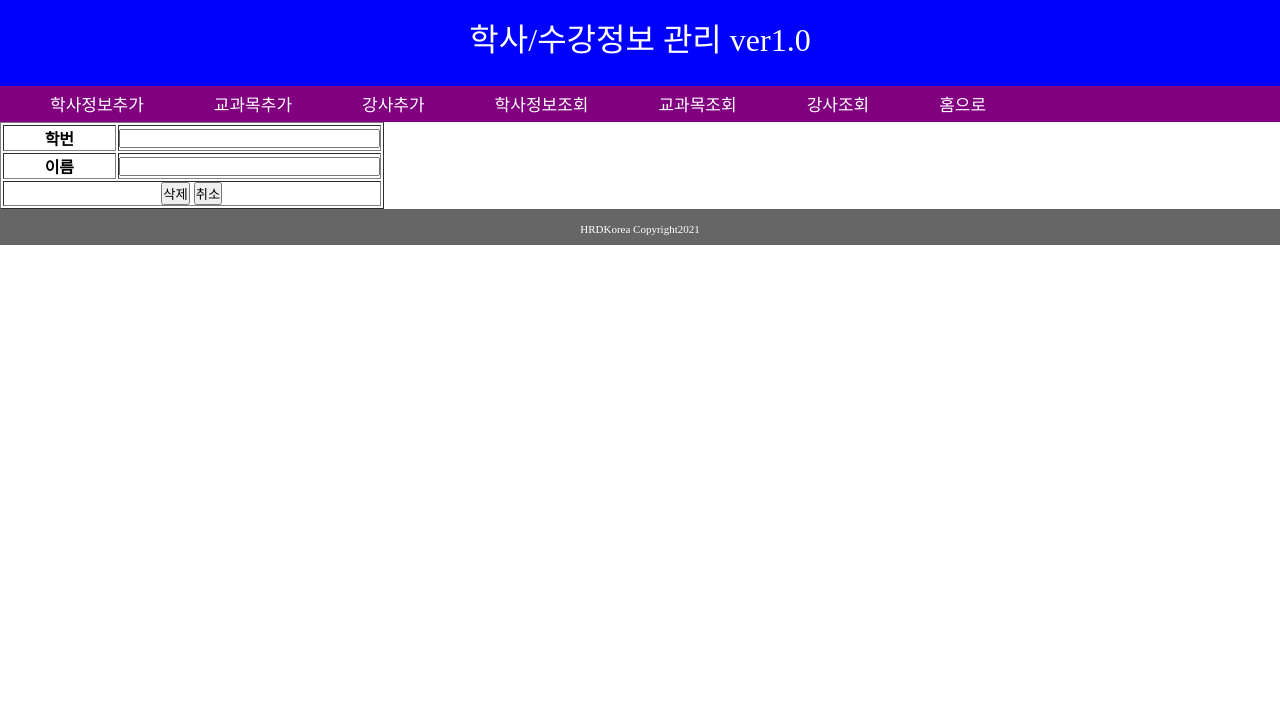
Repository: cccf777/-
Page: http://localhost/hrd0422/junhbo/hakDelete.jsp
An editor plug-in stored every save of this project. The page is shown before and after the next save, followed by the edit.
The browser window is 1280 px wide. The pictures show the whole page.
The page is served by Tomcat 9.

Above is the page before, as saved 2021-04-26 03:33:49.

### workspace/hrd0422/src/main/webapp/junhbo/hakDelete.jsp
<%@ page language="java" contentType="text/html; charset=UTF-8"
    pageEncoding="UTF-8"%>
<!DOCTYPE html>
<html>
<head>
<meta charset="UTF-8">
<title>Insert title here</title>
</head>

<body>

<%@ include file="header.jsp" %>
<%@ include file="nav.jsp" %>
<form name=form method=post action="hakDeleteProcess.jsp">
<table border=1>
	<tr>
		<th width=30%>학번</th>
		<td ><input type=text name=id size=30 id=in></td>
	</tr>
	<tr>
		<th>이름</th>
		<td><input type=text name=name size=30 id=in>
	</tr>
	<tr>
		<td colspan=2 align=center>
		<input type=submit value="삭제">
		<input type=reset value="취소">
	</tr>
</table>
</form>
<%@ include file="footer.jsp" %>
</body>
</html>

### workspace/hrd0422/src/main/webapp/junhbo/header.jsp
<%@ page language="java" contentType="text/html; charset=UTF-8"
    pageEncoding="UTF-8"%>
<!DOCTYPE html>
<html>
<head>
<meta charset="UTF-8">
<title>Insert title here</title>
<link rel="stylesheet" href="common.css">
</head>
<body>
<header>학사/수강정보 관리 ver1.0

</header>
</body>
</html>

### workspace/hrd0422/src/main/webapp/junhbo/nav.jsp
<%@ page language="java" contentType="text/html; charset=UTF-8"
    pageEncoding="UTF-8"%>
<!DOCTYPE html>
<html>
<head>
<meta charset="UTF-8">
<title>Insert title here</title>
<link rel="stylesheet" href="common.css">
</head>
<body>
<nav>
	<ul>
		<li><a href="hakInsert.jsp">학사정보추가</a></li>
		<li><a href="subInsert.jsp">교과목추가</a></li>
		<li><a href="teacherInsert.jsp">강사추가</a></li>
		<li><a href="hakSelect.jsp">학사정보조회</a></li>
		<li><a href="subSelect.jsp">교과목조회</a></li>
		<li><a href="teacherSelect.jsp">강사조회</a></li>
		<li><a href="index.jsp">홈으로</a></li>
	</ul>
</nav>
</body>
</html>

### workspace/hrd0422/src/main/webapp/junhbo/footer.jsp
<%@ page language="java" contentType="text/html; charset=UTF-8"
    pageEncoding="UTF-8"%>
<!DOCTYPE html>
<html>
<head>
<meta charset="UTF-8">
<title>Insert title here</title>
<link rel="stylesheet" href="common.css">
</head>
<body>
<footer>
HRDKorea Copyright2021
</footer>
</body>
</html>

### workspace/hrd0422/src/main/webapp/junhbo/common.css
@charset "UTF-8";
header{
	height:12%;
	background:#0000ff;
	color:#ffffff;
	text-align:center;
	line-height:80px;
	font-size:2em;
}

footer{
	height:5%;
	background:#666;
	color:#fff;
	text-align:center;
	line-height:40px;
	font-size:11px;
}
nav{
	height:5%;
	line-height:40px;
	background:purple;
	text-align:left;
}
nav ul{
	display:inline-block;
	list-style-type:none;
}
nav li{
	float:left;
	margin: 0 0 0 30px;
}
nav a{
	display:block;
	color:#ffffff;
	font-size:17px;
	text-decoration:none;
	padding:0 20px;
}

section{
	height:78%;
	width:100%;
	margin:0 auto;
	font-size:13px;
}
*{
	margin:0;
	padding:0;
}
html,body{
	height:100%;
	width:100%;
}

section table{
	width:70%;
	height:50%;
	margin:0 auto;
	border:2px solid black;
}
#table1{
	width:60%;
	height:50%;
	margin:0 auto;
	border:2px solid black;
}
#h3{
	text-align:center;
	padding:0.5% 0;
}
.center{
	text-align: center;
	font-size:1.2em;
}
#id1{
	height:30px;
	width:60%;
}
#t1{
	margin-left:25%;
}

After the next save:
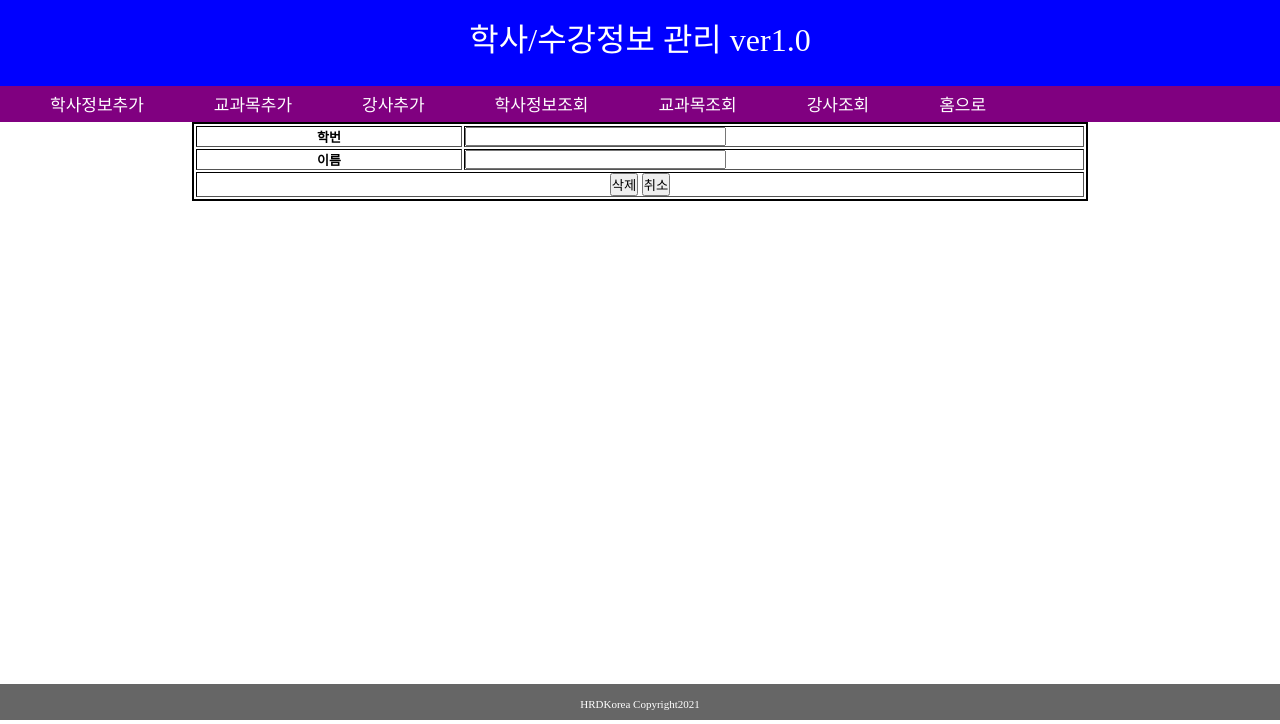
Saved 24 s later.
--- a/workspace/hrd0422/src/main/webapp/junhbo/hakDelete.jsp
+++ b/workspace/hrd0422/src/main/webapp/junhbo/hakDelete.jsp
@@ -11,6 +11,7 @@
 
 <%@ include file="header.jsp" %>
 <%@ include file="nav.jsp" %>
+<section>
 <form name=form method=post action="hakDeleteProcess.jsp">
 <table border=1>
 	<tr>
@@ -28,6 +29,7 @@
 	</tr>
 </table>
 </form>
+</section>
 <%@ include file="footer.jsp" %>
 </body>
 </html>
